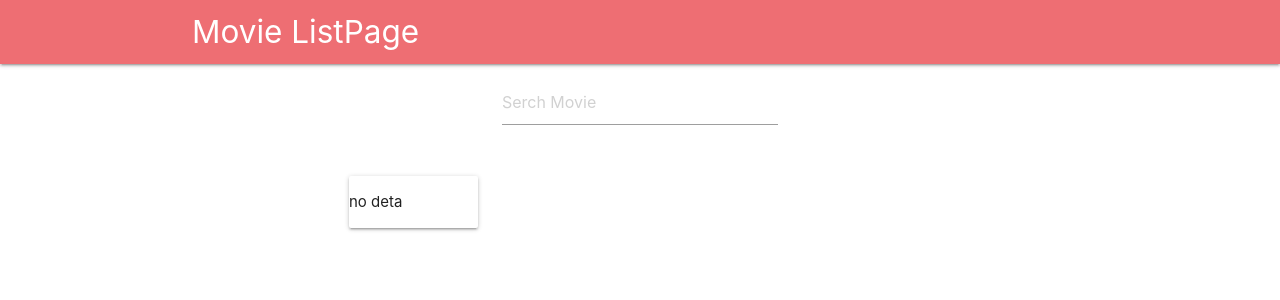
Repository: Reiya-1003/React-Ts-Node-App
Page: /
These files come from the project's save history. The page is drawn as it stood at one moment and after the next save; the edit follows.
The browser window is 1280 px wide. The pictures show the whole page.
The project was rebuilt for these pictures with package versions that can differ from the ones it lists, and the page was loaded fresh each time.

Above is the page before, as saved 2021-11-15 16:36:59.

### public/index.html
<!DOCTYPE html>
<html lang="en">
  <head>
    <meta charset="utf-8" />
    <link rel="icon" href="%PUBLIC_URL%/favicon.ico" />
    <meta name="viewport" content="width=device-width, initial-scale=1" />
    <meta name="theme-color" content="#000000" />
    <meta
      name="description"
      content="Web site created using create-react-app"
    />
    <link rel="apple-touch-icon" href="%PUBLIC_URL%/logo192.png" />
    <!--
      manifest.json provides metadata used when your web app is installed on a
      user's mobile device or desktop. See https://developers.google.com/web/fundamentals/web-app-manifest/
    -->
    <link rel="manifest" href="%PUBLIC_URL%/manifest.json" />
    <link
      rel="stylesheet"
      href="https://cdnjs.cloudflare.com/ajax/libs/materialize/1.0.0/css/materialize.min.css"
    />
    <!--
      Notice the use of %PUBLIC_URL% in the tags above.
      It will be replaced with the URL of the `public` folder during the build.
      Only files inside the `public` folder can be referenced from the HTML.

      Unlike "/favicon.ico" or "favicon.ico", "%PUBLIC_URL%/favicon.ico" will
      work correctly both with client-side routing and a non-root public URL.
      Learn how to configure a non-root public URL by running `npm run build`.
    -->
    <title>React App</title>
  </head>
  <body>
    <noscript>You need to enable JavaScript to run this app.</noscript>
    <div id="root"></div>
    <!--
      This HTML file is a template.
      If you open it directly in the browser, you will see an empty page.

      You can add webfonts, meta tags, or analytics to this file.
      The build step will place the bundled scripts into the <body> tag.

      To begin the development, run `npm start` or `yarn start`.
      To create a production bundle, use `npm run build` or `yarn build`.
    -->
  </body>
</html>

### src/index.tsx
import React from "react";
import ReactDOM from "react-dom";

import App from "./components/App";
import reportWebVitals from "./reportWebVitals";

ReactDOM.render(
  <React.StrictMode>
    <App />
  </React.StrictMode>,
  document.getElementById("root")
);

// If you want to start measuring performance in your app, pass a function
// to log results (for example: reportWebVitals(console.log))
// or send to an analytics endpoint. Learn more: https://bit.ly/CRA-vitals
reportWebVitals();

### src/components/App.tsx
import React, { createContext, useState } from "react";
import Nav from "./Nav";
import Seathbox from "./Searthbox";
import Movielist from "./MovieList";

export const MovieContext = createContext<any>([]);
export const SerchContext = createContext<any>("");

const App = () => {
  const [movies, setMovies] = useState<any>([]);
  const [searchTerm, setSearchterm] = useState<any>("");

  return (
    <div className="App">
      <MovieContext.Provider value={movies}>
        <SerchContext.Provider value={searchTerm}>
          <Nav />
          <Seathbox />
        </SerchContext.Provider>
      </MovieContext.Provider>
    </div>
  );
};

export default App;

### src/components/Nav.tsx
import React from "react";

const Nav = () => {
  return (
    <nav>
      <div className=".nav-wrapper container">
        <a href="" className="brand-logo">
          Movie ListPage
        </a>
      </div>
    </nav>
  );
};

export default Nav;

### src/components/Searthbox.tsx
import React, { useContext, useState } from "react";
import { MovieContext, SerchContext } from "./App";

type Props = {
  onClick: (event: React.MouseEvent<HTMLInputElement>) => void;
  onChange: (event: React.ChangeEvent<HTMLInputElement>) => void;
  onkeypress: (event: React.KeyboardEvent<HTMLInputElement>) => void;
  onBlur: (event: React.FocusEvent<HTMLInputElement>) => void;
  onFocus: (event: React.FocusEvent<HTMLInputElement>) => void;
  onSubmit: (event: React.FormEvent<HTMLFormElement>) => void;
  handleSubmit: React.FormEvent<HTMLFormElement>;
  onClickDiv: (event: React.MouseEvent<HTMLDivElement, MouseEvent>) => void;
};

const Searthbox = () => {
  let Movie = useContext(MovieContext);
  const Search = useContext(SerchContext);
  console.log(Movie);
  console.log(Search);
  const [movies, setMovies] = useState<any>({});
  const [searchTerm, setSearchterm] = useState<string>();
  const IMG_PATH = "https://image.tmdb.org/t/p/w1280";

  const handleSubmit = (e: React.FormEvent<HTMLFormElement>) => {
    e.preventDefault();

    fetch(
      `https://api.themoviedb.org/3/search/movie?api_key=78eb03987f34d05d918381d81d8257fe&language=ja-JA&page=1&query=${searchTerm}`
    )
      .then((data) => data.json())
      .then((data) => {
        console.log(data);
        const newResult = data.results;
        setMovies(newResult);
        console.log(movies);
        Movie.shift();
        Movie.push(movies);
      });
  };
  const handleChange = (e: string | any) => {
    const newSerch = e.target.value;
    setSearchterm(newSerch);
    console.log(searchTerm);
  };

  return (
    <div className="container">
      <div className="row">
        <section className="col s4 offset-s4">
          <form action="" onSubmit={handleSubmit}>
            <div className="input-field">
              <input
                placeholder="Serch Movie"
                type="text"
                onChange={handleChange}
              />
            </div>
          </form>
        </section>
      </div>

      <div className="container">
        <div className="row">
          <div className="col s12">
            <div className="col s12 m6 l3">
              <div className="card">
                <div className="card-image waves-effect waves-block waves-light">
                  {Movie.length === 0 ? (
                    <p>no deta</p>
                  ) : (
                    movies.map((list: any, i: any) => {
                      return (
                        <div>
                          <img
                            src={IMG_PATH + list.poster_path}
                            alt="card image"
                            style={{ width: "100%", height: 360 }}
                          ></img>
                        </div>
                      );
                    })
                  )}
                </div>
              </div>
            </div>
          </div>
        </div>
      </div>
    </div>
  );
};

export default Searthbox;

Loaded but not shown: src/reportWebVitals.ts (common file)

After the next save:
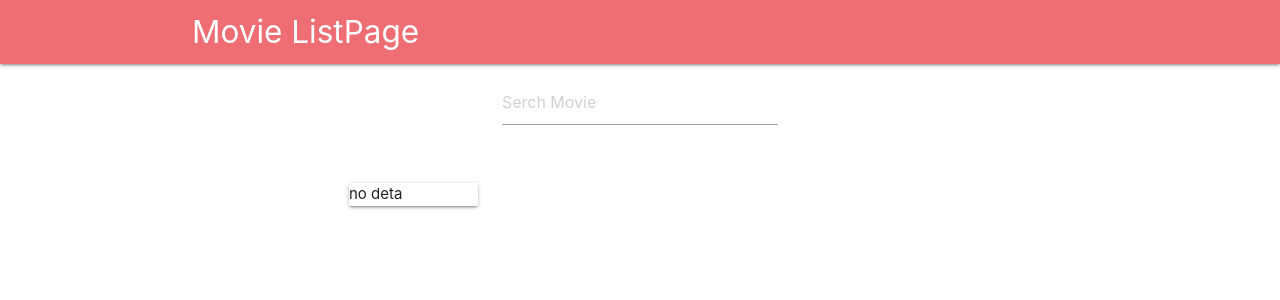
Saved 2 min 8 s later.
--- a/src/components/Searthbox.tsx
+++ b/src/components/Searthbox.tsx
@@ -64,23 +64,21 @@ const Searthbox = () => {
           <div className="col s12">
             <div className="col s12 m6 l3">
               <div className="card">
-                <div className="card-image waves-effect waves-block waves-light">
-                  {Movie.length === 0 ? (
-                    <p>no deta</p>
-                  ) : (
-                    movies.map((list: any, i: any) => {
-                      return (
-                        <div>
-                          <img
-                            src={IMG_PATH + list.poster_path}
-                            alt="card image"
-                            style={{ width: "100%", height: 360 }}
-                          ></img>
-                        </div>
-                      );
-                    })
-                  )}
-                </div>
+                {Movie.length === 0 ? (
+                  <p>no deta</p>
+                ) : (
+                  movies.map((list: any, i: any) => {
+                    return (
+                      <div className="card-image waves-effect waves-block waves-light">
+                        <img
+                          src={IMG_PATH + list.poster_path}
+                          alt="card image"
+                          style={{ width: "100%", height: 360 }}
+                        ></img>
+                      </div>
+                    );
+                  })
+                )}
               </div>
             </div>
           </div>
